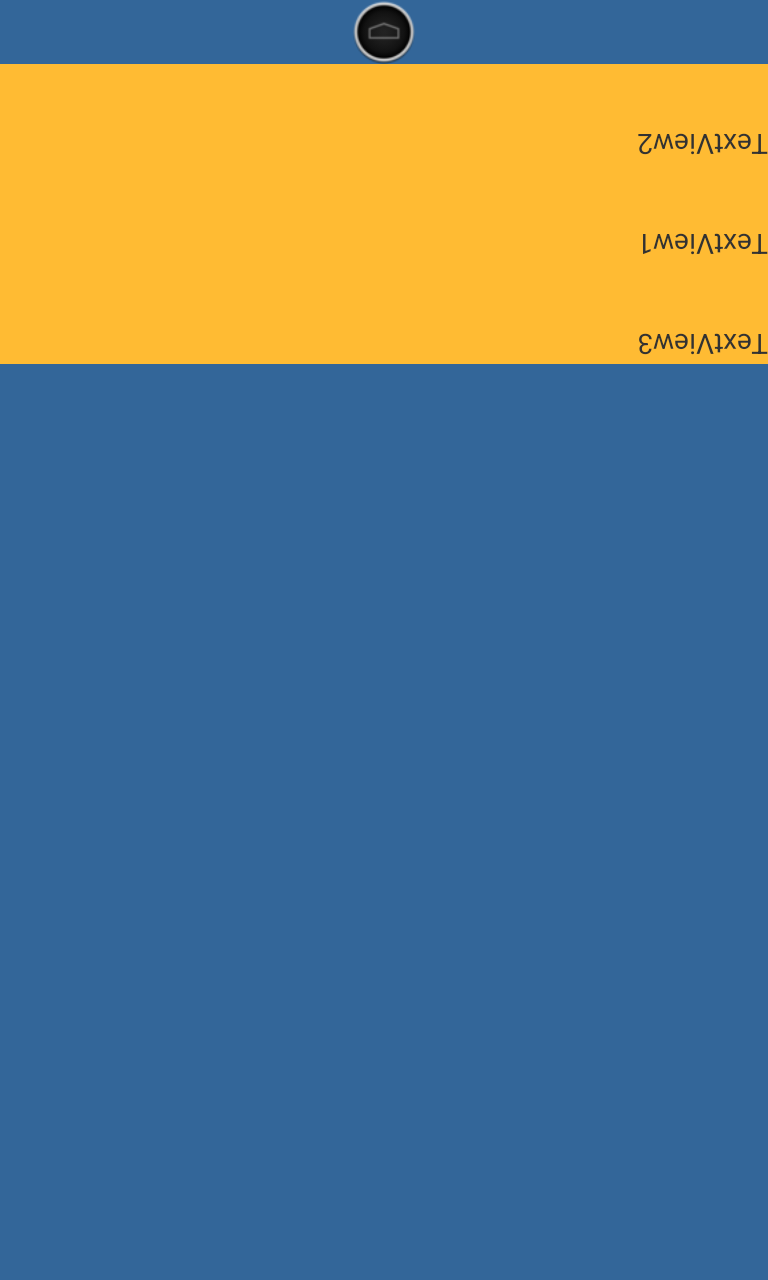
Repository: complexityclass/GosClient
Layout: Client/res/layout/activity_service.xml
These files come from the project's save history. The layout is drawn as it stood at one moment and after the next save; the edit follows.
It is drawn on a 768 x 1280 px phone screen (xhdpi) without system bars, with theme AppTheme; the app's code is not run. Lists and similar views that code fills are empty.

Above is the layout before, as saved 2013-04-19 14:26:49.

After the next save:
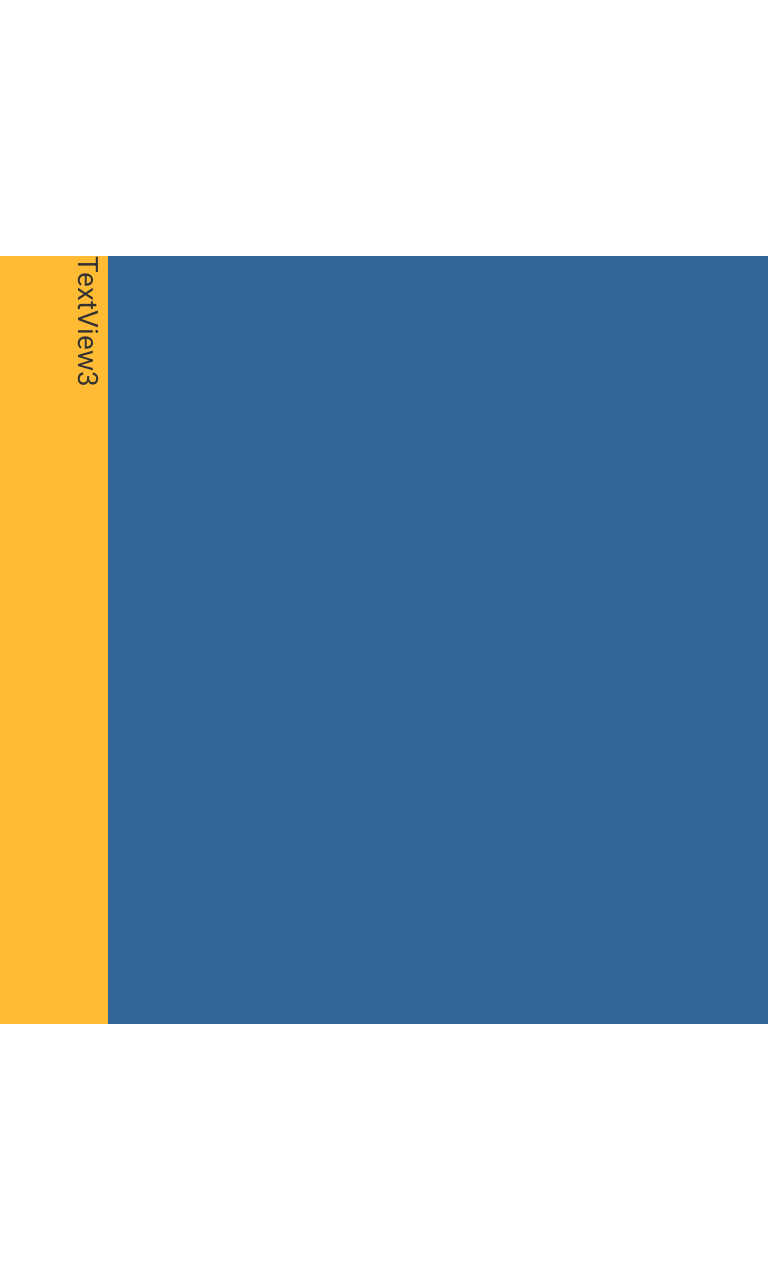
Saved 100 s later.
--- a/Client/res/layout/activity_service.xml
+++ b/Client/res/layout/activity_service.xml
@@ -11,7 +11,7 @@
         android:background="#336699"
         android:content="@+id/content"
         android:handle="@+id/handle"
-        android:rotation="180" >
+        android:rotation="90" >
 
         <LinearLayout
             android:id="@id/content"
